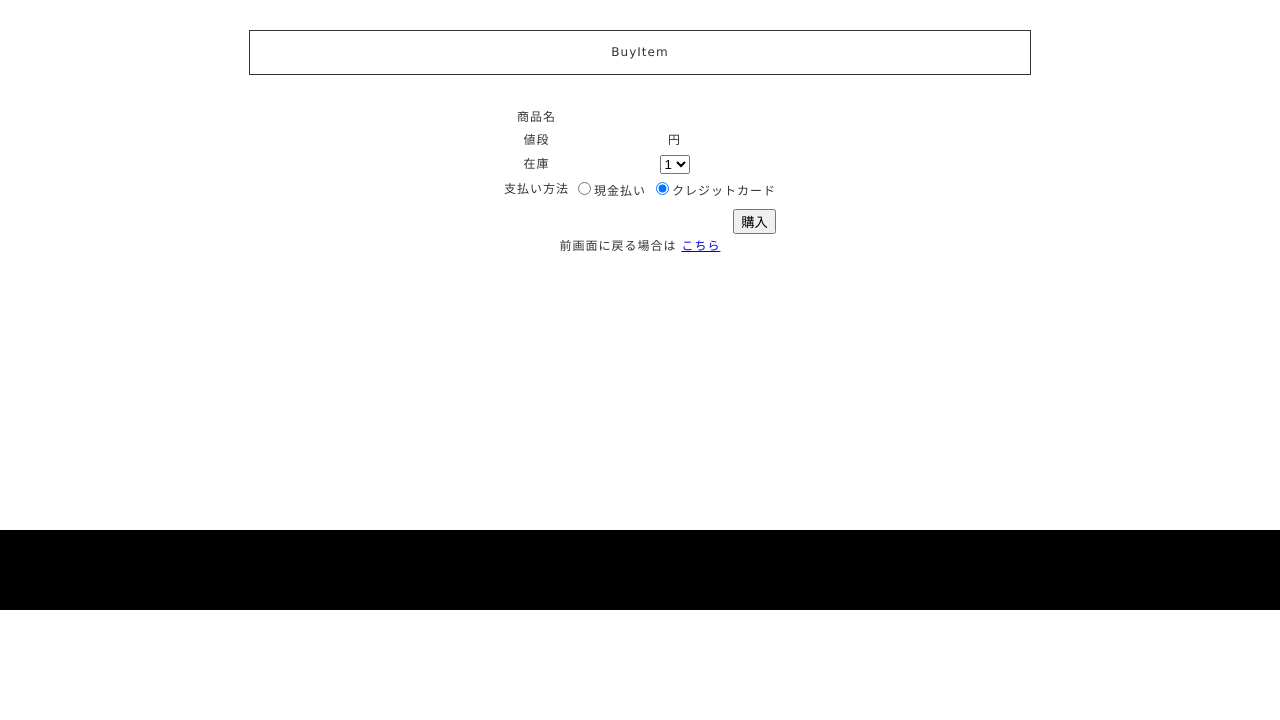
Repository: takaya1112/ECsite
Page: http://localhost/templete/buyItem.jsp
These files come from the project's save history. The page is drawn as it stood at one moment and after the next save; the edit follows.
The browser window is 1280 px wide. The pictures show the whole page.
The page is served by Tomcat 9.

Above is the page before, as saved 2018-10-19 11:43:52.

After the next save:
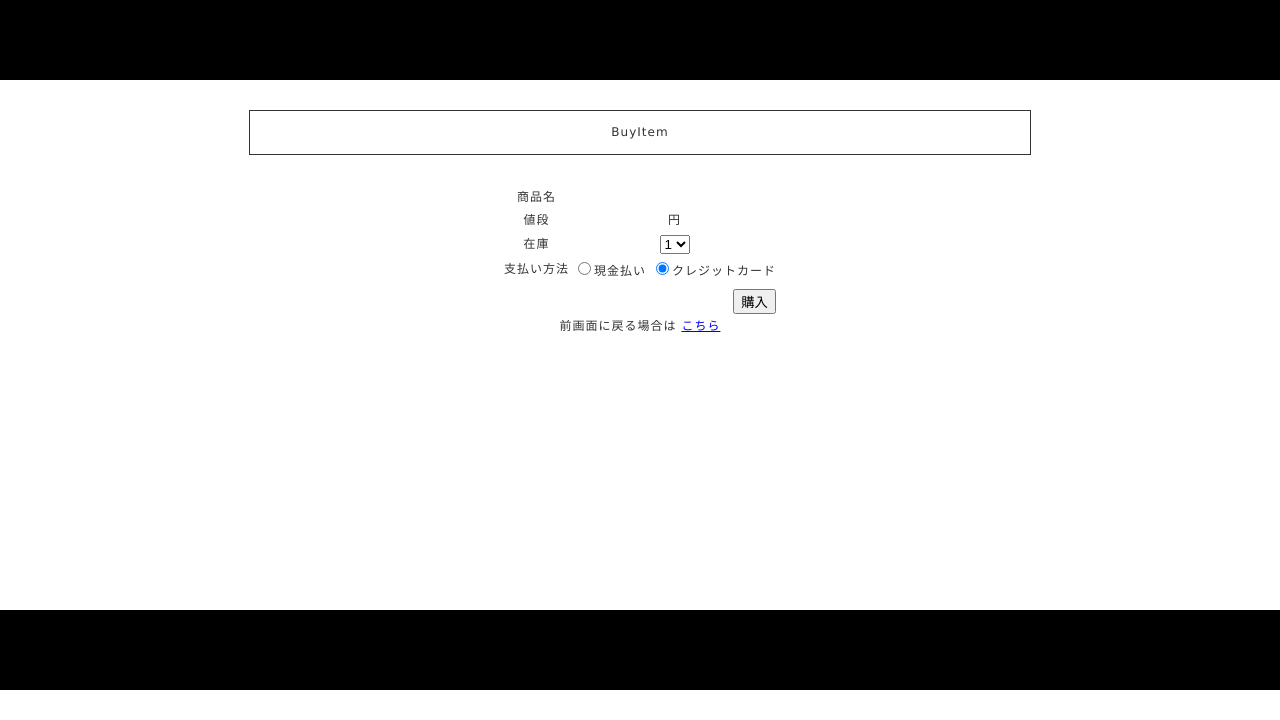
Saved 37 s later.
--- a/templete/WebContent/buyItem.jsp
+++ b/templete/WebContent/buyItem.jsp
@@ -56,7 +56,7 @@
     </style>
 </head>
 <body>
-    <div id="hreader">
+    <div id="header">
         <div id="pr">
         </div>
     </div>
